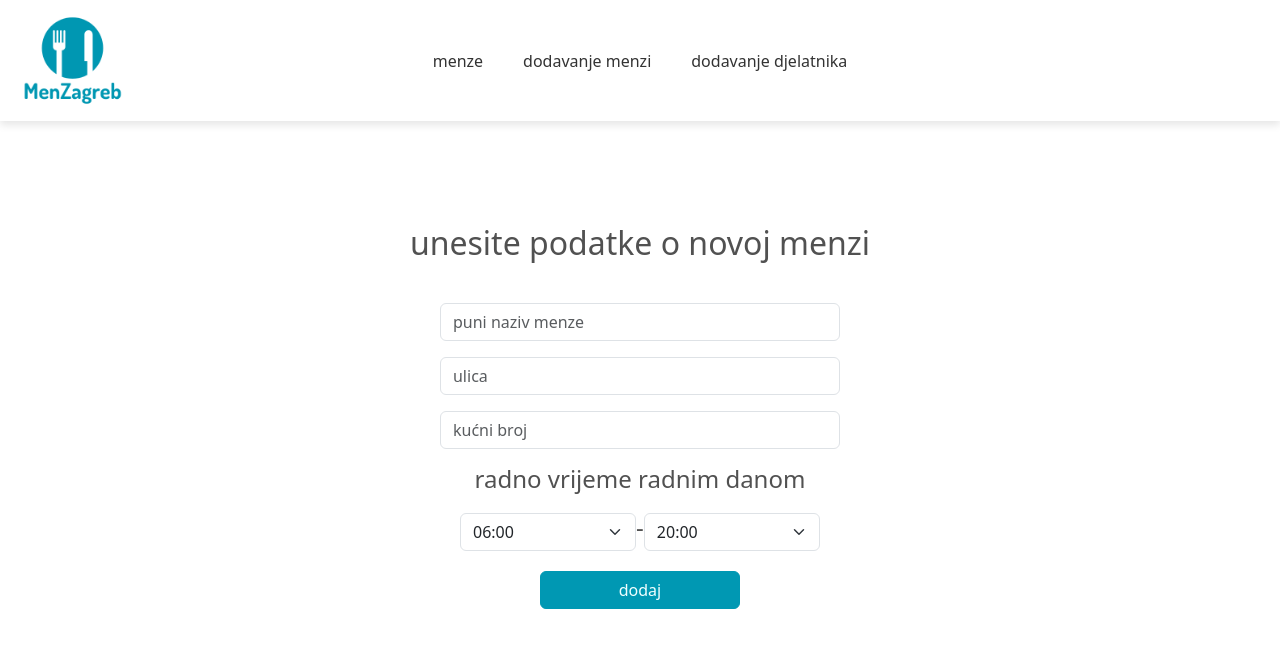
Repository: MENZG/menZg
Page: /admin/dodajMenzu (app in IzvorniKod/)
These files come from the project's save history. The page is drawn as it stood at one moment and after the next save; the edit follows.
The browser window is 1280 px wide. The pictures show the whole page.
The project was rebuilt for these pictures with package versions that can differ from the ones it lists, and the page was loaded fresh each time. Also part of the build but not shown: IzvorniKod/vite.config.ts, IzvorniKod/src/Components/LoginForm.tsx, IzvorniKod/src/Components/AdminLogin.tsx, IzvorniKod/src/Components/EmployeeLogin.tsx, IzvorniKod/src/Components/NavBar.tsx, IzvorniKod/src/Components/ListaMenza.tsx, IzvorniKod/src/Components/Profil.tsx, IzvorniKod/src/Components/ListaEmployees.tsx and 6 more.

Above is the page before, as saved 2024-11-07 14:10:12.

After the next save:
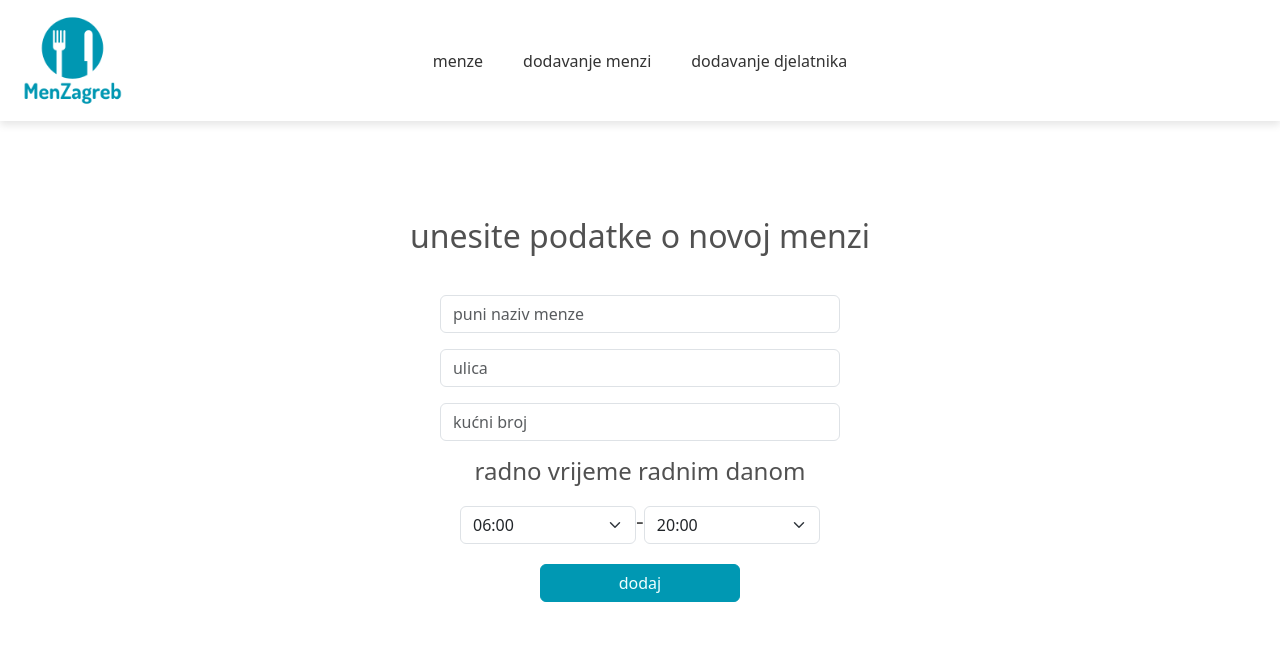
Saved 11 s later.
--- a/IzvorniKod/src/styles/AddMenza.css
+++ b/IzvorniKod/src/styles/AddMenza.css
@@ -4,7 +4,7 @@
     align-items: center; /* Centers the children horizontally */
     justify-content: center; /* Centers the children vertically, if needed */
     text-align: center;
-    padding-top: 18vh;
+    padding-top: 16vh;
 }
 
 .h2{
